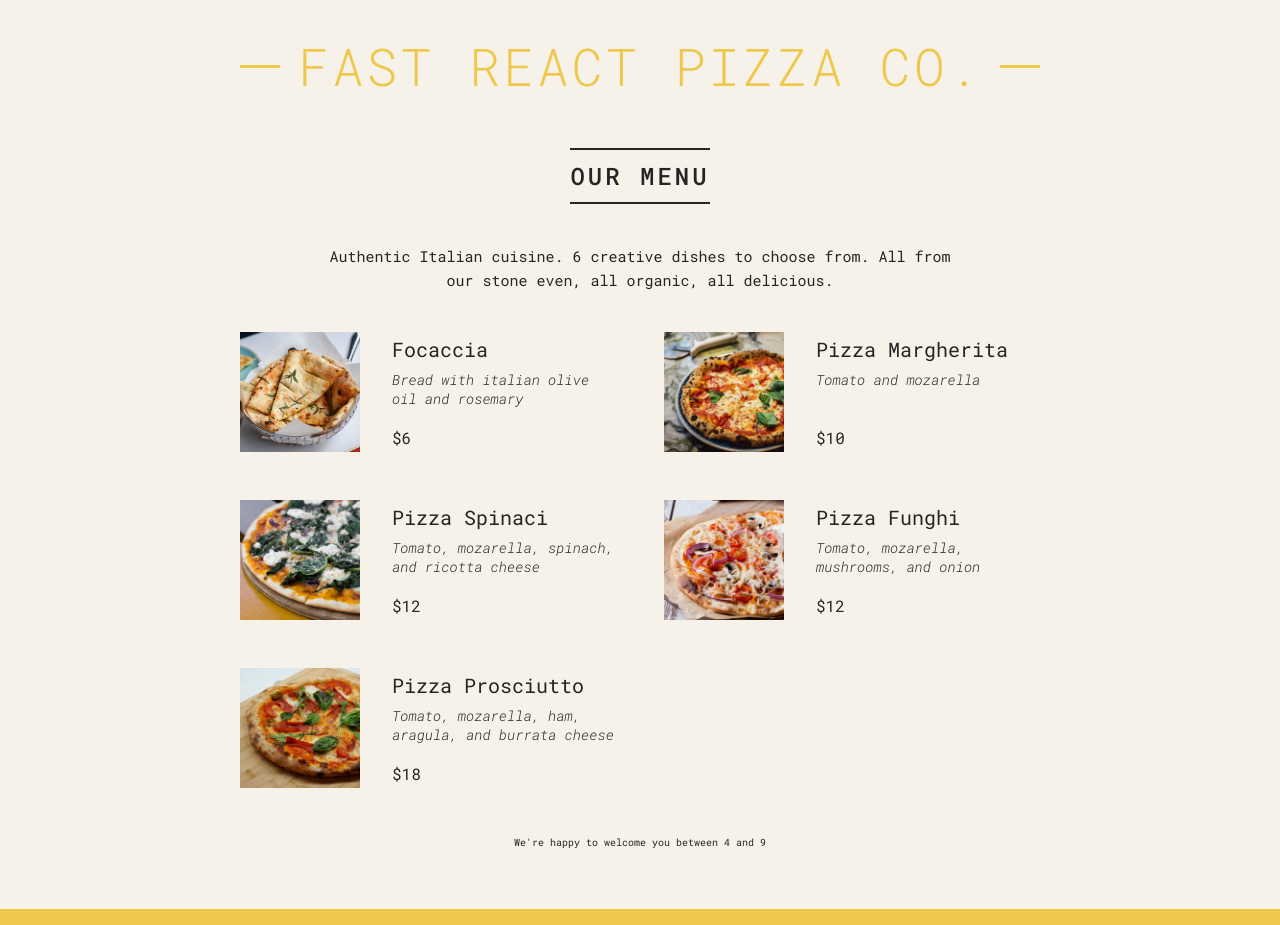
Repository: ahmedharidy/First-React-App
Page: /
An editor plug-in stored every save of this project. The page is shown before and after the next save, followed by the edit.
The browser window is 1280 px wide. The pictures show the whole page.
The project was rebuilt for these pictures with package versions that can differ from the ones it lists, and the page was loaded fresh each time.

Above is the page before, as saved 2026-09-24 08:24:15.

### src/index.js
import React from "react";
import ReactDOM from "react-dom/client";
import "./index.css";

const pizzaData = [
  {
    name: "Focaccia",
    ingredients: "Bread with italian olive oil and rosemary",
    price: 6,
    photoName: "pizzas/focaccia.jpg",
    soldOut: false,
  },
  {
    name: "Pizza Margherita",
    ingredients: "Tomato and mozarella",
    price: 10,
    photoName: "pizzas/margherita.jpg",
    soldOut: false,
  },
  {
    name: "Pizza Spinaci",
    ingredients: "Tomato, mozarella, spinach, and ricotta cheese",
    price: 12,
    photoName: "pizzas/spinaci.jpg",
    soldOut: false,
  },
  {
    name: "Pizza Funghi",
    ingredients: "Tomato, mozarella, mushrooms, and onion",
    price: 12,
    photoName: "pizzas/funghi.jpg",
    soldOut: false,
  },
  {
    name: "Pizza Salamino",
    ingredients: "Tomato, mozarella, and pepperoni",
    price: 15,
    photoName: "pizzas/salamino.jpg",
    soldOut: true,
  },
  {
    name: "Pizza Prosciutto",
    ingredients: "Tomato, mozarella, ham, aragula, and burrata cheese",
    price: 18,
    photoName: "pizzas/prosciutto.jpg",
    soldOut: false,
  },
];
function App() {
  return (
    <div className="container">
      <Header />
      <Menu />
      <Footer />
    </div>
  );
}

function Header() {
  //   const style = { color: "red", fontSize: "48px", textTransform: "uppercase" };
  const style = {};
  return (
    <header className="header">
      <h1 style={style}>Fast react pizza co.</h1>
    </header>
  );
}

function Menu() {
  const pizzas = pizzaData;
  const numPizzas = pizzas.length;
  return (
    <main className="menu">
      <h2>Our menu</h2>

      {numPizzas > 0 ? (
        <React.Fragment>
          <p>
            Authentic Italian cuisine. 6 creative dishes to choose from. All
            from our stone even, all organic, all delicious.
          </p>

          <ul className="pizzas">
            {pizzas.map((pizza) => (
              <Pizza pizzaObj={pizza} key={pizza.name} />
            ))}
          </ul>
        </React.Fragment>
      ) : (
        <p>We're still working on our menu. please com back later:</p>
      )}

      {/* <Pizza
        name="pizza spinaci"
        ingredient="Bread with italian olive oil and rosemary"
        photoName="pizzas/spinaci.jpg"
        price={10}
      />

      <Pizza
        name="pizza funghi"
        ingredient="Bread with tomato and mushrooms"
        photoName="pizzas/funghi.jpg"
        price={50}
      /> */}
    </main>
  );
}

function Pizza({ pizzaObj }) {
  if (pizzaObj.soldOut) return null;

  return (
    <li className="pizza">
      <img src={pizzaObj.photoName} alt={pizzaObj.name}></img>
      <div>
        <h3>{pizzaObj.name}</h3>
        <p>{pizzaObj.ingredients}</p>
        <span>${pizzaObj.price}</span>
      </div>
    </li>
  );
}

function Footer() {
  const hour = new Date().getHours();
  const openHour = 4;
  const closeHour = 9;
  const isOpen = hour >= openHour && hour <= closeHour;
  //   if (hour >= openHour && hour <= closeHour) alert("were currently open!");
  //   else alert("sorry were closed");
  if (!isOpen)
    return (
      <p>
        We're happy to welcome you between {openHour} and {closeHour}
      </p>
    );

  return (
    <footer className="footer">
      {isOpen ? (
        <Order closeHour={closeHour} openHour={openHour} />
      ) : (
        <p>
          We're happy to welcome you between {openHour} and {closeHour}
        </p>
      )}
    </footer>
  );
  //   return React.createElement("footer", null, "we're currently open");
}

function Order({ closeHour, openHour }) {
  return (
    <div className="order">
      <p>
        We're open from {openHour}:00 to {closeHour}:00. Come visit us or order
        online
      </p>

      <button className="btn">Order</button>
    </div>
  );
}

const root = ReactDOM.createRoot(document.getElementById("root"));

root.render(<App />);

Loaded but not shown: public/index.html (common file); src/index.css (common file)

After the next save:
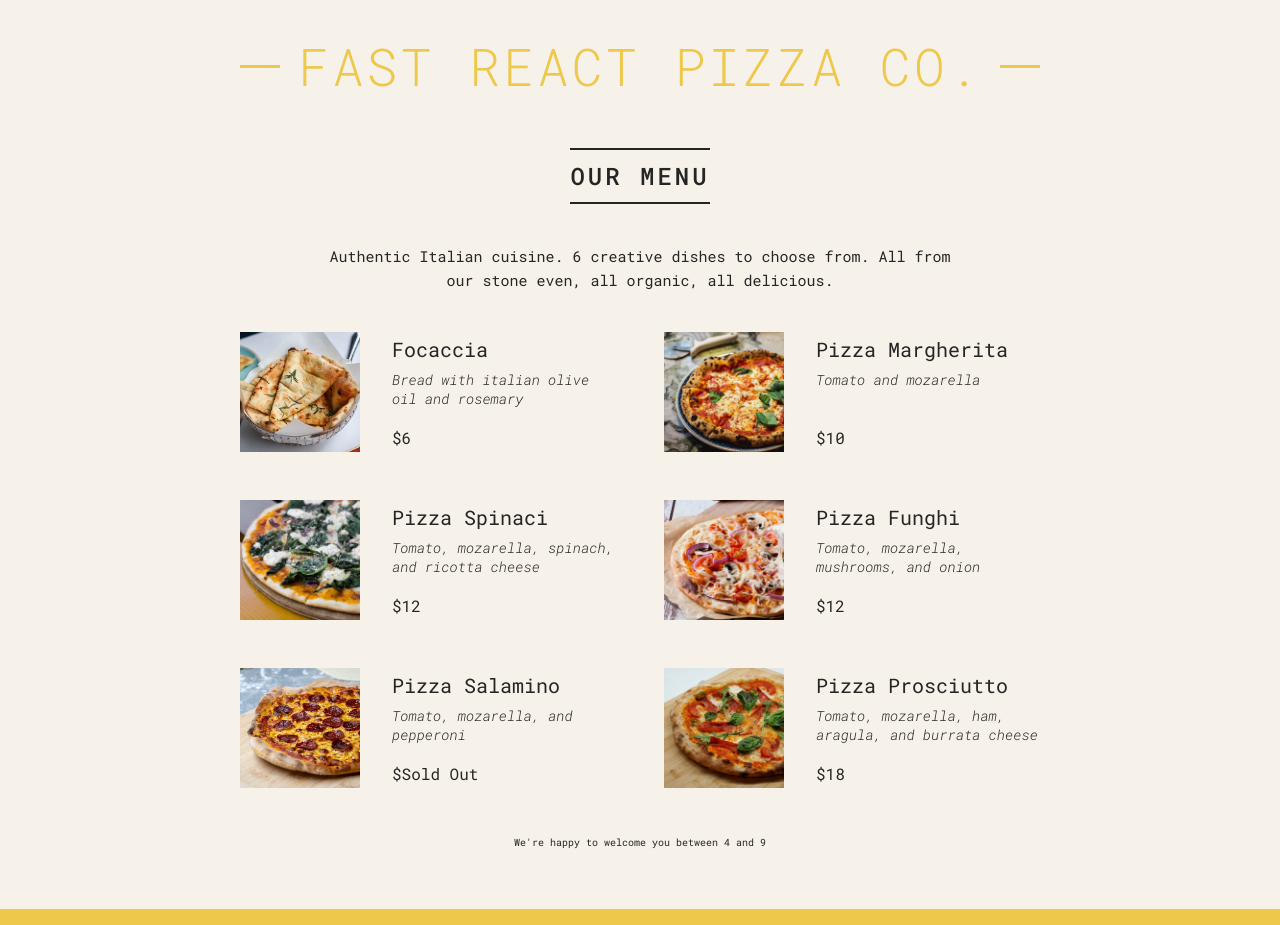
Saved 4 min 20 s later.
--- a/src/index.js
+++ b/src/index.js
@@ -108,7 +108,7 @@ function Menu() {
 }
 
 function Pizza({ pizzaObj }) {
-  if (pizzaObj.soldOut) return null;
+  // if (pizzaObj.soldOut) return null;
 
   return (
     <li className="pizza">
@@ -116,7 +116,7 @@ function Pizza({ pizzaObj }) {
       <div>
         <h3>{pizzaObj.name}</h3>
         <p>{pizzaObj.ingredients}</p>
-        <span>${pizzaObj.price}</span>
+        <span>${pizzaObj.soldOut ? "Sold Out" : pizzaObj.price}</span>
       </div>
     </li>
   );
